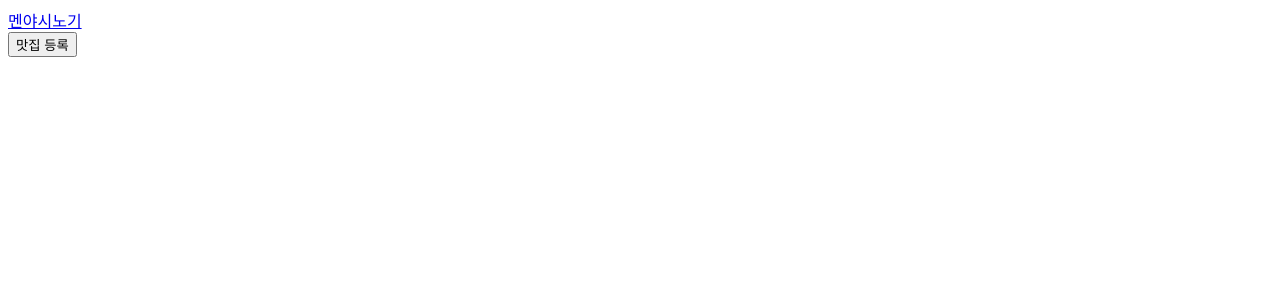
Repository: parkgun6/model2_study
Page: http://localhost/store/list.jsp
An editor plug-in stored every save of this project. The page is shown before and after the next save, followed by the edit.
The browser window is 1280 px wide. The pictures show the whole page.
The page is served by Tomcat 9.

Above is the page before, as saved 2021-01-20 10:06:45.

After the next save:
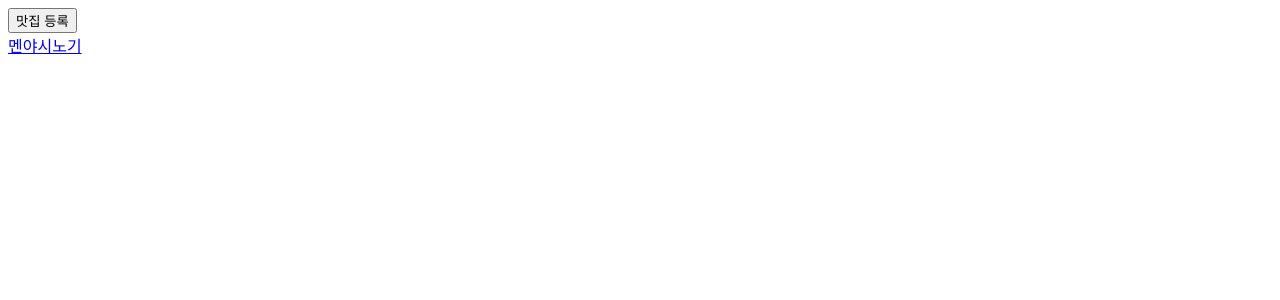
Saved 12 s later.
--- a/store/WebContent/list.jsp
+++ b/store/WebContent/list.jsp
@@ -7,10 +7,11 @@
 <title>Insert title here</title>
 </head>
 <body>
-	<a href="https://www.naver.com">멘야시노기</a>
+
 	<form action=" /store/register.jsp"">
 		<button>맛집 등록</button>
 
 	</form>
+	<a href="https://www.naver.com">멘야시노기</a>
 </body>
 </html>
